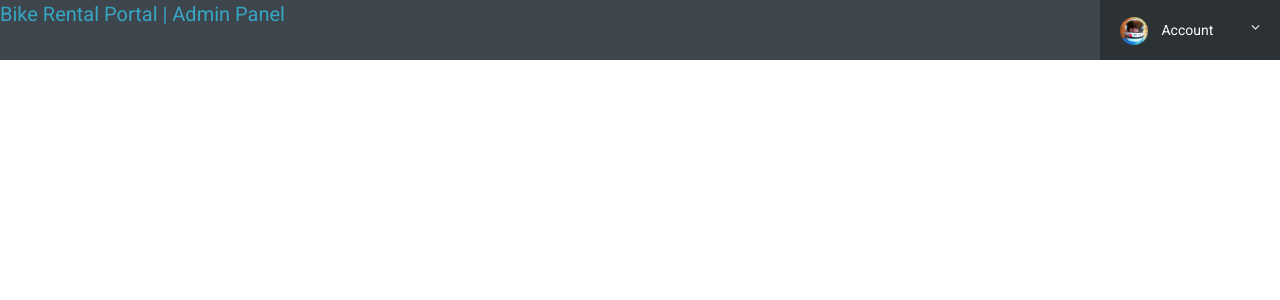
Repository: Het95/Bike-Rental-JSP
Page: http://localhost/AJOep/admin/dashboard.jsp
An editor plug-in stored every save of this project. The page is shown before and after the next save, followed by the edit.
The browser window is 1280 px wide. The pictures show the whole page.
The page is served by Tomcat 9. Other server files are loaded and not shown.

Above is the page before, as saved 2020-06-01 08:20:01.

### AJOep/WebContent/admin/dashboard.jsp
<%@ page language="java" contentType="text/html; charset=ISO-8859-1"
    pageEncoding="ISO-8859-1"%>
       <%@ taglib uri="http://java.sun.com/jsp/jstl/sql" prefix="sql" %>
    <%@ taglib uri="http://java.sun.com/jsp/jstl/core" prefix="c" %>
<!DOCTYPE html>
<html>
<head>
<meta charset="ISO-8859-1">
	<title>Bike Rental Portal | Admin Dashboard</title>

	<!-- Font awesome -->
	<link rel="stylesheet" href="css/font-awesome.min.css">
	<!-- Sandstone Bootstrap CSS -->
	<link rel="stylesheet" href="css/bootstrap.min.css">
	<!-- Bootstrap Datatables -->
	<link rel="stylesheet" href="css/dataTables.bootstrap.min.css">
	<!-- Bootstrap social button library -->
	<link rel="stylesheet" href="css/bootstrap-social.css">
	<!-- Bootstrap select -->
	<link rel="stylesheet" href="css/bootstrap-select.css">
	<!-- Bootstrap file input -->
	<link rel="stylesheet" href="css/fileinput.min.css">
	<!-- Awesome Bootstrap checkbox -->
	<link rel="stylesheet" href="css/awesome-bootstrap-checkbox.css">
	<!-- Admin Stye -->
	<link rel="stylesheet" href="css/style.css"></head>
<body>

	<div class="brand clearfix">
	<a href="dashboard.jsp" style="font-size: 20px;">Bike Rental Portal | Admin Panel</a>
		<span class="menu-btn"><i class="fa fa-bars"></i></span>
		<ul class="ts-profile-nav">

			<li class="ts-account">
				<a href="#"><img src="img/ts-avatar.jpg" class="ts-avatar hidden-side" alt=""> Account <i class="fa fa-angle-down hidden-side"></i></a>
				<ul>
					<li><a href="change-password.jsp">Change Password</a></li>
					<li><a href="logout.jsp">Logout</a></li>
				</ul>
			</li>
		</ul>
	</div>
	<nav id="navigation_bar" class="navbar navbar-default">
    <div class="container"></div>
    </nav>



</body>
</html>

### AJOep/WebContent/admin/css/awesome-bootstrap-checkbox.css
.checkbox {
  padding-left: 20px;
}
.checkbox label {
  display: inline-block;
  vertical-align: middle;
  position: relative;
  padding-left: 5px;
}
.checkbox label::before {
  content: "";
  display: inline-block;
  position: absolute;
  width: 17px;
  height: 17px;
  left: 0;
  margin-left: -20px;
  border: 1px solid #cccccc;
  border-radius: 3px;
  background-color: #fff;
  -webkit-transition: border 0.15s ease-in-out, color 0.15s ease-in-out;
  -o-transition: border 0.15s ease-in-out, color 0.15s ease-in-out;
  transition: border 0.15s ease-in-out, color 0.15s ease-in-out;
}
.checkbox label::after {
  display: inline-block;
  position: absolute;
  width: 16px;
  height: 16px;
  left: 0;
  top: 0;
  margin-left: -20px;
  padding-left: 3px;
  padding-top: 1px;
  font-size: 11px;
  color: #555555;
}
.checkbox input[type="checkbox"],
.checkbox input[type="radio"] {
  opacity: 0;
  z-index: 1;
}
.checkbox input[type="checkbox"]:focus + label::before,
.checkbox input[type="radio"]:focus + label::before {
  outline: thin dotted;
  outline: 5px auto -webkit-focus-ring-color;
  outline-offset: -2px;
}
.checkbox input[type="checkbox"]:checked + label::after,
.checkbox input[type="radio"]:checked + label::after {
  font-family: "FontAwesome";
  content: "\f00c";
}
.checkbox input[type="checkbox"]:disabled + label,
.checkbox input[type="radio"]:disabled + label {
  opacity: 0.65;
}
.checkbox input[type="checkbox"]:disabled + label::before,
.checkbox input[type="radio"]:disabled + label::before {
  background-color: #eeeeee;
  cursor: not-allowed;
}
.checkbox.checkbox-circle label::before {
  border-radius: 50%;
}
.checkbox.checkbox-inline {
  margin-top: 0;
}

.checkbox-primary input[type="checkbox"]:checked + label::before,
.checkbox-primary input[type="radio"]:checked + label::before {
  background-color: #337ab7;
  border-color: #337ab7;
}
.checkbox-primary input[type="checkbox"]:checked + label::after,
.checkbox-primary input[type="radio"]:checked + label::after {
  color: #fff;
}

.checkbox-danger input[type="checkbox"]:checked + label::before,
.checkbox-danger input[type="radio"]:checked + label::before {
  background-color: #d9534f;
  border-color: #d9534f;
}
.checkbox-danger input[type="checkbox"]:checked + label::after,
.checkbox-danger input[type="radio"]:checked + label::after {
  color: #fff;
}

.checkbox-info input[type="checkbox"]:checked + label::before,
.checkbox-info input[type="radio"]:checked + label::before {
  background-color: #5bc0de;
  border-color: #5bc0de;
}
.checkbox-info input[type="checkbox"]:checked + label::after,
.checkbox-info input[type="radio"]:checked + label::after {
  color: #fff;
}

.checkbox-warning input[type="checkbox"]:checked + label::before,
.checkbox-warning input[type="radio"]:checked + label::before {
  background-color: #f0ad4e;
  border-color: #f0ad4e;
}
.checkbox-warning input[type="checkbox"]:checked + label::after,
.checkbox-warning input[type="radio"]:checked + label::after {
  color: #fff;
}

.checkbox-success input[type="checkbox"]:checked + label::before,
.checkbox-success input[type="radio"]:checked + label::before {
  background-color: #5cb85c;
  border-color: #5cb85c;
}
.checkbox-success input[type="checkbox"]:checked + label::after,
.checkbox-success input[type="radio"]:checked + label::after {
  color: #fff;
}

.radio {
  padding-left: 20px;
}
.radio label {
  display: inline-block;
  vertical-align: middle;
  position: relative;
  padding-left: 5px;
}
.radio label::before {
  content: "";
  display: inline-block;
  position: absolute;
  width: 17px;
  height: 17px;
  left: 0;
  margin-left: -20px;
  border: 1px solid #cccccc;
  border-radius: 50%;
  background-color: #fff;
  -webkit-transition: border 0.15s ease-in-out;
  -o-transition: border 0.15s ease-in-out;
  transition: border 0.15s ease-in-out;
}
.radio label::after {
  display: inline-block;
  position: absolute;
  content: " ";
  width: 11px;
  height: 11px;
  left: 3px;
  top: 3px;
  margin-left: -20px;
  border-radius: 50%;
  background-color: #555555;
  -webkit-transform: scale(0, 0);
  -ms-transform: scale(0, 0);
  -o-transform: scale(0, 0);
  transform: scale(0, 0);
  -webkit-transition: -webkit-transform 0.1s cubic-bezier(0.8, -0.33, 0.2, 1.33);
  -moz-transition: -moz-transform 0.1s cubic-bezier(0.8, -0.33, 0.2, 1.33);
  -o-transition: -o-transform 0.1s cubic-bezier(0.8, -0.33, 0.2, 1.33);
  transition: transform 0.1s cubic-bezier(0.8, -0.33, 0.2, 1.33);
}
.radio input[type="radio"] {
  opacity: 0;
  z-index: 1;
}
.radio input[type="radio"]:focus + label::before {
  outline: thin dotted;
  outline: 5px auto -webkit-focus-ring-color;
  outline-offset: -2px;
}
.radio input[type="radio"]:checked + label::after {
  -webkit-transform: scale(1, 1);
  -ms-transform: scale(1, 1);
  -o-transform: scale(1, 1);
  transform: scale(1, 1);
}
.radio input[type="radio"]:disabled + label {
  opacity: 0.65;
}
.radio input[type="radio"]:disabled + label::before {
  cursor: not-allowed;
}
.radio.radio-inline {
  margin-top: 0;
}

.radio-primary input[type="radio"] + label::after {
  background-color: #337ab7;
}
.radio-primary input[type="radio"]:checked + label::before {
  border-color: #337ab7;
}
.radio-primary input[type="radio"]:checked + label::after {
  background-color: #337ab7;
}

.radio-danger input[type="radio"] + label::after {
  background-color: #d9534f;
}
.radio-danger input[type="radio"]:checked + label::before {
  border-color: #d9534f;
}
.radio-danger input[type="radio"]:checked + label::after {
  background-color: #d9534f;
}

.radio-info input[type="radio"] + label::after {
  background-color: #5bc0de;
}
.radio-info input[type="radio"]:checked + label::before {
  border-color: #5bc0de;
}
.radio-info input[type="radio"]:checked + label::after {
  background-color: #5bc0de;
}

.radio-warning input[type="radio"] + label::after {
  background-color: #f0ad4e;
}
.radio-warning input[type="radio"]:checked + label::before {
  border-color: #f0ad4e;
}
.radio-warning input[type="radio"]:checked + label::after {
  background-color: #f0ad4e;
}

.radio-success input[type="radio"] + label::after {
  background-color: #5cb85c;
}
.radio-success input[type="radio"]:checked + label::before {
  border-color: #5cb85c;
}
.radio-success input[type="radio"]:checked + label::after {
  background-color: #5cb85c;
}

input[type="checkbox"].styled:checked + label:after,
input[type="radio"].styled:checked + label:after {
  font-family: 'FontAwesome';
  content: "\f00c";
}
input[type="checkbox"] .styled:checked + label::before,
input[type="radio"] .styled:checked + label::before {
  color: #fff;
}
input[type="checkbox"] .styled:checked + label::after,
input[type="radio"] .styled:checked + label::after {
  color: #fff;
}

### AJOep/WebContent/admin/css/style.css
@import url(http://fonts.googleapis.com/css?family=Lato:300,400,700,900,100italic,300italic,400italic);
@import url(https://fonts.googleapis.com/css?family=Oswald:700,400,300);
/****************************
*   FOR RESPONSIVENESS      *
****************************/
::selection {
  background: #4f5362;
  /* WebKit/Blink Browsers */
  color: #fff;
}
::-moz-selection {
  background: #4f5362;
  /* Gecko Browsers */
  color: #fff;
}
html {
  font-size: 14px;
}
@media only screen and (min-width: 480px) {
  html {
    font-size: 17px;
  }
}
@media only screen and (min-width: 768px) {
  html {
    font-size: 14px;
  }
}
@media only screen and (min-width: 1024px) {
  p {
    font-size: 1em;
    margin-bottom: 1.8em;
  }
}
/****************************
*      BODY DEFAULTS        *
****************************/
body {
  font-size: 1em;
}
a {
  color: #37a6c4;
}
a:hover {
  text-decoration: none;
  color: #5db9d1;
}
/****************************
*      Buttons        *
****************************/
.btn {
  font-family: 'Oswald', sans-serif;
}
.btn i {
  position: relative;
  top: -2px;
}
.btn.text-left {
  text-align: left;
}
.btn-brand {
  background: #37a6c4;
  color: #fff;
}
.btn-brand:hover {
  color: #fff;
  background: #2c849c;
}
.btn-dark {
  background: #272727;
  color: #fff;
}
.btn-dark:hover {
  color: #fff;
  background: #2c849c;
}
.btn-red {
  background: #4f5362;
  color: #fff;
}
.btn-red:hover {
  color: #fff;
  background: #383b46;
}
.btn-alt {
  background: #f0f0f0;
  color: #222;
}
.btn-alt:hover {
  color: #fff;
  background: #2c849c;
}
/****************************
*      Background Colors        *
****************************/
.bk-primary {
  background: #325d88;
}
.bk-success {
  background: #93c54b;
}
.bk-warning {
  background: #f47c3c;
}
.bk-danger {
  background: #d9534f;
}
.bk-info {
  background: #29abe0;
}
.bk-white,
.bk-light {
  background: #fff;
}
.bk-brand {
  background: #37a6c4;
}
.bk-dark {
  background: #222;
}
.bk-blue {
  background: #0010ce;
}
.bk-alt {
  background: #f7f7f7;
}
.bk-ghost {
  background: transparent;
}
.bk-img {
  position: relative;
  width: 100%;
  background-position: center;
  background-repeat: no-repeat;
  background-size: cover;
  background-image: url(../../img/login-bg.jpg);
}
.bk-fixed {
  background-attachment: fixed;
}
.hr-green {
  height: 2px;
  background: #37a6c4;
}
.hr-grey {
  height: 2px;
  background: #f0f0f0;
}
.hr-dashed {
  background-color: transparent;
  border-top: 1px dotted #edf0f5;
  color: transparent;
  height: 1px;
  margin: 20px 0;
}
.panel {
  overflow: hidden;
}
/****************************
*      Border        *
****************************/
.brdr {
  border: 1px solid #f0f0f0;
}
/****************************
*      Text size color        *
****************************/
.font-one {
  font-family: 'Oswald', sans-serif;
}
.text-bold {
  font-weight: bold;
}
.text-normal {
  font-weight: normal;
}
.text-thin {
  font-weight: 100;
}
.text-lowercase {
  text-transform: none;
}
.text-sm {
  font-size: 13px;
}
.text-lg {
  font-size: 18px;
}
.text-xl {
  font-size: 1.6em;
}
.text-2x {
  font-size: 2em;
}
.text-3x {
  font-size: 2.4em;
}
.text-4x {
  font-size: 3em;
}
.text-white,
.text-light {
  color: #fff !important;
}
.link-white a {
  color: #fff;
}
.text-grey {
  color: #ccc;
}
.text-dgrey {
  color: #818181;
}
.text-brand {
  color: #37a6c4;
}
.text-yellow {
  color: #ffff00;
}
.title .line {
  display: inline-block;
  padding-bottom: 10px;
  border-bottom: 3px solid #222;
}
/****************************
*       Margins         *
****************************/
.mt {
  margin-top: 18px;
}
.mt-0x {
  margin-top: 0 !important;
}
.mt-2x {
  margin-top: 36px;
}
.mt-3x {
  margin-top: 54px;
}
.mt-4x {
  margin-top: 90px;
}
.mt-5x {
  margin-top: 144px;
}
.mb {
  margin-bottom: 18px;
}
.mb-0x {
  margin-bottom: 0 !important;
}
.mb-2x {
  margin-bottom: 36px;
}
.mb-3x {
  margin-bottom: 54px;
}
.mb-4x {
  margin-bottom: 90px;
}
.mb-5x {
  margin-bottom: 144px;
}
.pt {
  padding-top: 18px;
}
.pt-2x {
  padding-top: 36px;
}
.pt-3x {
  padding-top: 54px;
}
.pt-4x {
  padding-top: 90px;
}
.pt-5x {
  padding-top: 144px;
}
.pb {
  padding-bottom: 18px;
}
.pb-2x {
  padding-bottom: 36px;
}
.pb-3x {
  padding-bottom: 54px;
}
.pb-4x {
  padding-bottom: 90px;
}
.pb-5x {
  padding-bottom: 144px;
}
/* Content boxes */
.content-box {
  padding: 15px;
}
.block-anchor {
  display: block;
}
/****************************
*       Content Typography         *
****************************/
.content-format {
  line-height: 1.6em;
  font-weight: 400;
  letter-spacing: .01em;
  font-style: normal;
  word-wrap: break-word;
}
.content-format .h1,
.content-format .h2,
.content-format .h3,
.content-format .h4,
.content-format .h5,
.content-format .h6,
.content-format h1,
.content-format h2,
.content-format h3,
.content-format h4,
.content-format h5,
.content-format h6 {
  font-family: 'Oswald', sans-serif;
  font-weight: 700;
  font-weight: bold;
  font-style: normal;
  color: rgba(0, 0, 0, 0.8);
  margin-top: 40px;
}
.content-format .h1 a,
.content-format .h2 a,
.content-format .h3 a,
.content-format .h4 a,
.content-format .h5 a,
.content-format .h6 a,
.content-format h1 a,
.content-format h2 a,
.content-format h3 a,
.content-format h4 a,
.content-format h5 a,
.content-format h6 a {
  font-size: inherit;
}
.content-format .h2,
.content-format h2 {
  font-size: 3em;
  line-height: 1;
  margin-bottom: 10px;
  padding-bottom: 10px;
  border-bottom: 4px solid #f0f0f0;
}
.content-format .h3,
.content-format h3 {
  font-size: 2em;
  line-height: 1.2;
  margin-bottom: 4px;
  margin: 1em 0 0.5em;
}
.content-format .h4,
.content-format h4 {
  font-size: 1.7em;
  line-height: 1.4;
  margin-bottom: 6px;
}
.content-format .h5,
.content-format h5 {
  font-size: 1.5em;
  line-height: 1.4;
  margin-bottom: 8px;
}
.content-format .h6,
.content-format h6 {
  font-size: 1.3em;
  line-height: 1.4;
  margin-bottom: 10px;
}
.content-format strong {
  font-weight: bold;
}
.content-format ul:not(.social-awesome) {
  list-style: disc outside;
  margin: 1.714285714rem 0 1.714285714rem;
  line-height: 1.714285714;
}
.content-format ul:not(.social-awesome) li {
  margin: 0 0 0 36px;
  margin: 0 1rem 0 2.571428571rem;
}
.content-format ul:not(.social-awesome).list-unstyled {
  list-style: none;
}
.content-format ul:not(.social-awesome).list-unstyled li {
  margin: 0 0 0 24px;
}
.content-format em {
  font-style: italic;
}
.content-format p {
  margin-bottom: 1.8em;
}
.content-format figure {
  margin-bottom: 42px;
}
.content-format figure .caption {
  color: #999;
  font-size: 14px;
}
.content-format img {
  border: 0;
  height: auto;
  max-width: 100%;
  vertical-align: middle;
}
.content-format .fa {
  color: #37a6c4;
  margin-right: 10px;
}
.content-format blockquote {
  border-left: 4px solid #c3c3c3;
  border-left: 4px solid rgba(51, 51, 51, 0.17);
  color: #707070;
  color: rgba(51, 51, 51, 0.7);
  font-size: 1.2em;
  font-style: italic;
  line-height: 1.6667;
  margin-bottom: 1em;
  padding-left: 0.7778em;
}
.content-format blockquote.double-quote {
  border-left: none;
  padding-left: 1em;
}
.content-format pre {
  background: #fff;
  border: 1px solid #ededed;
  color: #666;
  font-family: Consolas, Monaco, Lucida Console, monospace;
  font-size: .9em;
  line-height: 1.714285714;
  margin: 24px 0;
  margin: 1.714285714rem 0;
  overflow: auto;
}
.content-format ol {
  margin: 24px 0 24px;
  margin: 1.714285714rem 0 1.714285714rem;
  line-height: 1.714285714;
  list-style: decimal outside;
}
.content-format img.wp-smiley,
.content-format img.emoji {
  display: inline !important;
  border: none !important;
  box-shadow: none !important;
  height: 1em !important;
  width: 1em !important;
  margin: 0 .07em !important;
  vertical-align: -0.1em !important;
  background: none !important;
  padding: 0 !important;
}
/*
 * Theme Struck - Harmony - Free responsive Bootstrap admin template by Themestruck.com (http://themestruck.com)
 * Code licensed under the MIT
 * For details, see #
 */
ul,
li {
  margin: 0;
  padding: 0;
  list-style: none;
}
/* Social Button Modifications */
.btn {
  text-transform: none;
}
.btn-social > :first-child {
  width: 42px;
  line-height: 46px;
}
.btn-social {
  padding-left: 58px;
}
/* Circle buttons */
.btn-circle {
  width: 30px;
  height: 30px;
  padding: 6px 0;
  border-radius: 15px;
  text-align: center;
  font-size: 12px;
  line-height: 1.428571429;
}
.btn-circle.btn-lg {
  width: 50px;
  height: 50px;
  padding: 10px 16px;
  border-radius: 25px;
  font-size: 18px;
  line-height: 1.33;
}
.btn-circle.btn-xl {
  width: 70px;
  height: 70px;
  padding: 10px 16px;
  border-radius: 35px;
  font-size: 24px;
  line-height: 1.33;
}
/* Chart design */
/* Charts */
.chart-dot-list {
  display: block;
  margin-top: 60px;
  margin-left: 20px;
}
.chart-dot-list li {
  margin-bottom: 4px;
}
.chart-dot-list li:before {
  content: '';
  height: 12px;
  width: 12px;
  margin-right: 6px;
  display: inline-block;
  background: #222;
  border-radius: 50%;
}
.chart-dot-list li.a1:before {
  background: #F7464A;
}
.chart-dot-list li.a2:before {
  background: #46BFBD;
}
.chart-dot-list li.a3:before {
  background: #FDB45C;
}
.chart-doughnut {
  padding: 41px 0;
}
/* component */
.page-title {
  padding-bottom: 15px;
  margin-bottom: 20px;
  border-bottom: 1px solid #f0f0f0;
}
.brand {
  background: #3e454c;
  position: relative;
  z-index: 3;
  position: fixed;
  width: 100%;
  top: 0;
}
.brand .logo {
  box-sizing: border-box;
  padding: 20px;
  float: left;
  display: block;
  width: 200px;
}
@media only screen and (min-width: 992px) {
  .brand .logo {
    width: 250px;
  }
}
.brand .logo img {
  height: 20px;
}
.brand .menu-btn {
  float: right;
  background: #232d3b;
  text-align: center;
  cursor: pointer;
  color: #fff;
  padding: 20px 20px;
}
@media only screen and (min-width: 992px) {
  .brand .menu-btn {
    display: none;
  }
}
.brand .ts-profile-nav {
  float: right;
  display: none;
}
.brand .ts-profile-nav li {
  float: left;
  position: relative;
}
.brand .ts-profile-nav li a {
  display: block;
  padding: 20px;
  color: #fff;
}
.brand .ts-profile-nav li ul {
  visibility: hidden;
  opacity: 0;
  right: 0;
  position: absolute;
}
.brand .ts-profile-nav li ul li {
  float: none;
  width: 180px;
}
.brand .ts-profile-nav li ul li a {
  padding: 10px 20px;
  background: #222;
}
.brand .ts-profile-nav .ts-account .fa-angle-down {
  float: right;
}
.brand .ts-profile-nav .ts-account > a {
  width: 180px;
  background: #2c3136;
}
.brand .ts-profile-nav .ts-account .ts-avatar {
  border-radius: 50%;
  height: 28px;
  margin: -10px 0;
  margin-right: 10px;
}
.brand .ts-profile-nav .ts-account:hover ul {
  visibility: visible;
  opacity: 1;
}
@media only screen and (min-width: 992px) {
  .brand .ts-profile-nav {
    display: block;
  }
}
.ts-sidebar::-webkit-scrollbar-track {
  background-color: transparent;
}
.ts-sidebar::-webkit-scrollbar {
  width: 5px;
  background-color: transparent;
}
.ts-sidebar::-webkit-scrollbar-thumb {
  background-color: #b4b4b4;
}
.ts-sidebar {
  background: #2c3136;
  max-height: 0;
  transition: max-height 0.3s;
  overflow: hidden;
  position: fixed;
  z-index: 2;
  width: 100%;
  bottom: 0;
  top: 60px;
  overflow-y: auto;
}
.ts-sidebar .hidden-side {
  display: none;
}
.ts-sidebar .ts-sidebar-search {
  width: 100%;
  background: #25292a;
  border: none;
  padding: 10px 15px;
  color: #fff;
}
@media only screen and (min-width: 992px) {
  .ts-sidebar .ts-profile-nav {
    display: none;
  }
}
@media only screen and (min-width: 992px) {
  .ts-sidebar {
    max-height: 100%;
    bottom: 0;
  }
}
.ts-sidebar-menu .ts-label {
  color: #585c64;
  font-weight: bold;
  padding: 8px 15px;
  text-transform: uppercase;
  font-size: 10px;
  letter-spacing: 3px;
  margin-top: 10px;
}
.ts-sidebar-menu a {
  display: block;
  text-decoration: none;
  padding: 12px 15px;
  color: #fff;
}
.ts-sidebar-menu li {
  position: relative;
}
.ts-sidebar-menu li i {
  color: #585c64;
  margin-right: 10px;
}
.ts-sidebar-menu li ul {
  display: block;
  background: rgba(255, 0, 0, 0.12);
  background: rgba(0, 0, 0, 0.32);
  max-height: 0;
  overflow: hidden;
  transition: all 0.3s ease;
}
.menu-open,
.ts-sidebar-menu .open > ul {
  max-height: 2000px;
}
.ts-sidebar-menu .open > a {
  background: rgba(51, 56, 62, 0.35);
}
.ts-sidebar-menu > .open > a {
  background: #33383e;
  border-left: 3px solid #37a6c4;
}
.ts-sidebar-menu .open > .more i {
  transform: rotate(180deg);
}
.more i {
  color: #fff;
  padding: 15px;
  transition: transform 0.3s;
}
.more {
  float: right;
  min-width: 10%;
  cursor: pointer;
}
.ts-main-content .content-wrapper {
  padding-top: 15px;
  margin-top: 60px;
}
@media only screen and (min-width: 992px) {
  .ts-main-content .ts-sidebar {
    width: 250px;
    float: left;
  }
  .ts-main-content .content-wrapper {
    margin-left: 250px;
  }
}
/* Login page */
.login-page {
  position: absolute;
  height: 100%;
  width: 100%;
}

Loaded but not shown: AJOep/WebContent/admin/css/font-awesome.min.css (library); AJOep/WebContent/admin/css/bootstrap.min.css (library); AJOep/WebContent/admin/css/dataTables.bootstrap.min.css (library); AJOep/WebContent/admin/css/bootstrap-social.css (library); AJOep/WebContent/admin/css/bootstrap-select.css (library); AJOep/WebContent/admin/css/fileinput.min.css (library)

After the next save:
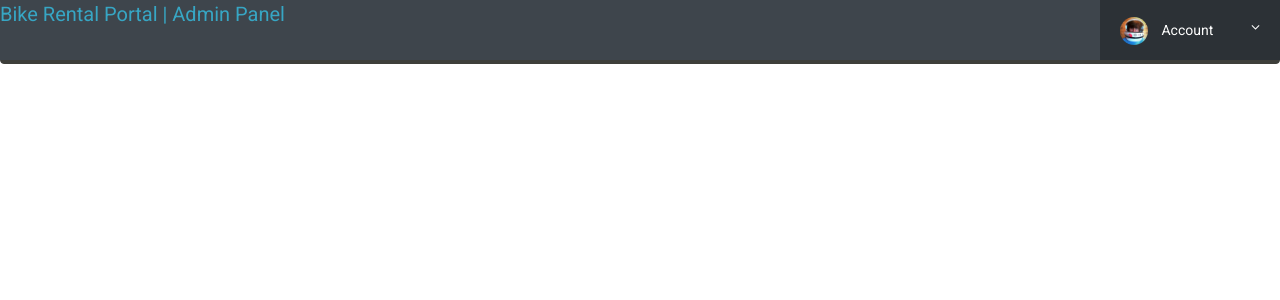
Saved 2 min 5 s later.
--- a/AJOep/WebContent/admin/dashboard.jsp
+++ b/AJOep/WebContent/admin/dashboard.jsp
@@ -41,7 +41,16 @@
 		</ul>
 	</div>
 	<nav id="navigation_bar" class="navbar navbar-default">
-    <div class="container"></div>
+    <div class="container">
+    	<div class="collapse navbar-collapse" id="navigation">
+        <ul class="nav navbar-nav">
+          <li><a href="dashboard.jsp">Add Bike</a>    </li>
+
+          <li><a href="requests.jsp">Rent Requests</a></li>
+
+        </ul>
+      </div>
+    </div>
     </nav>
 
 
